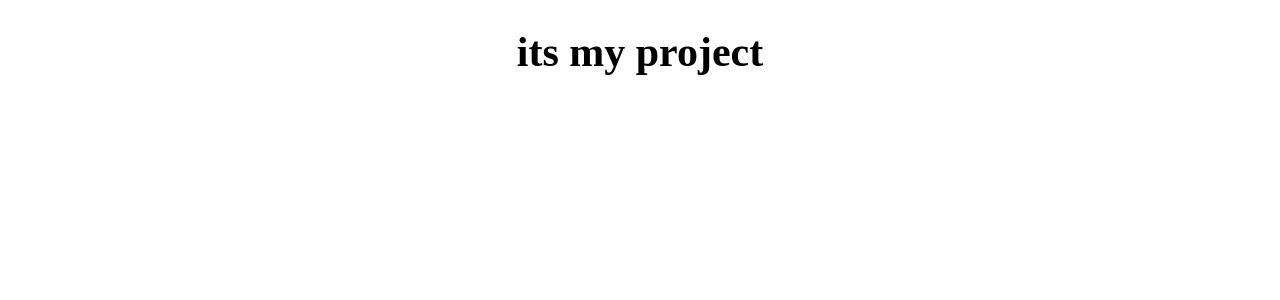
Repository: Hansol46/Films-archive
Page: /
The author's editor kept a copy of each file at every save. The page is drawn from the files as they stood at one save, then again after the next save.
The browser window is 1280 px wide. The pictures show the whole page.
The page's requests for data from a server got no answer. The project was rebuilt for these pictures with package versions that can differ from the ones it lists, and the page was loaded fresh each time. No one was signed in, and anything a server would have sent is missing. Also part of the build but not shown: webpack.config.js.

Above is the page before, as saved 2020-09-24 20:15:28.

After the next save:
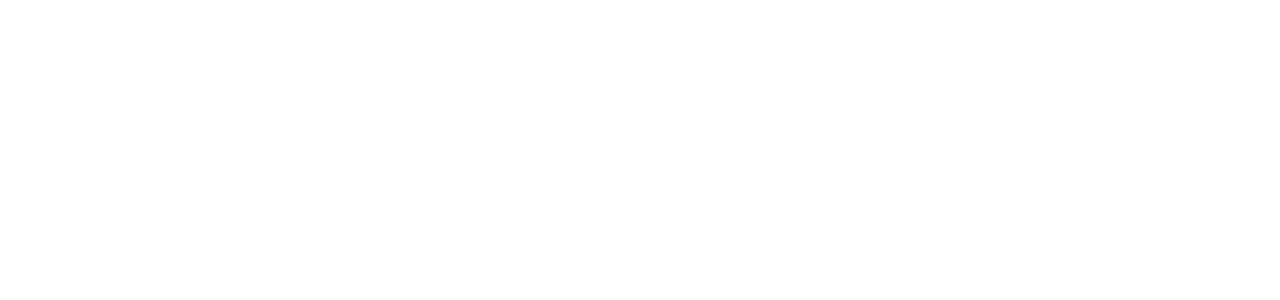
Console error: ReferenceError: result is not defined
Saved 73 s later.
--- a/src/components/Search.js
+++ b/src/components/Search.js
@@ -52,7 +52,7 @@
     // } else {
     return (
         <div>
-
+            {result.map(res => res.Title)}
            {/* <button onClick={()=> console.log(res)}>sdsd</button> */}
         </div>
 

After the 2 saves that followed:
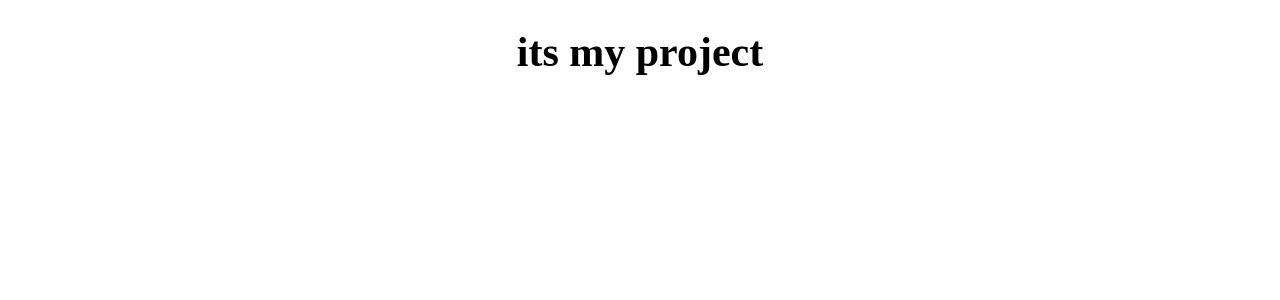
The error is gone.
The 2 saves are shown as one change because 1 left the picture as it was.
The last was saved 15 s later.
--- a/src/components/Search.js
+++ b/src/components/Search.js
@@ -52,7 +52,7 @@
     // } else {
     return (
         <div>
-            {result.map(res => res.Title)}
+            {/* {response.map(res => res.Title)} */}
            {/* <button onClick={()=> console.log(res)}>sdsd</button> */}
         </div>
 
